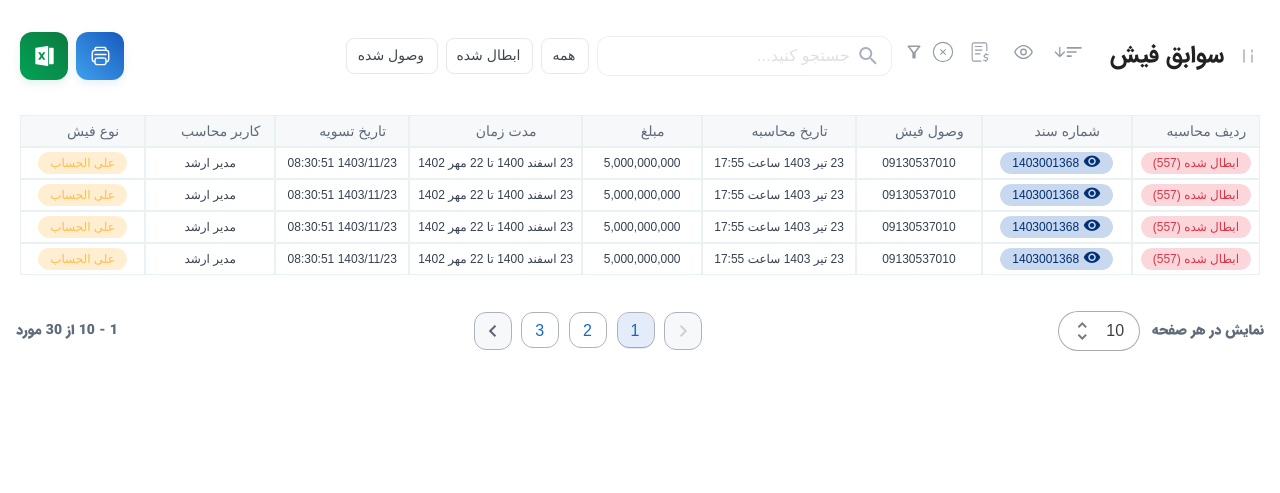
Repository: mobinazarein/data-table
Page: /
The author's editor kept a copy of each file at every save. The page is drawn from the files as they stood at one save, then again after the next save.
The browser window is 1280 px wide. The pictures show the whole page.
Some web fonts or font styles are not loaded; a fallback is used. The project was rebuilt for these pictures with package versions that can differ from the ones it lists, and the page was loaded fresh each time. Also part of the build but not shown: vue.config.js.

Above is the page before, as saved 2025-03-26 10:39:15.

After the next save:
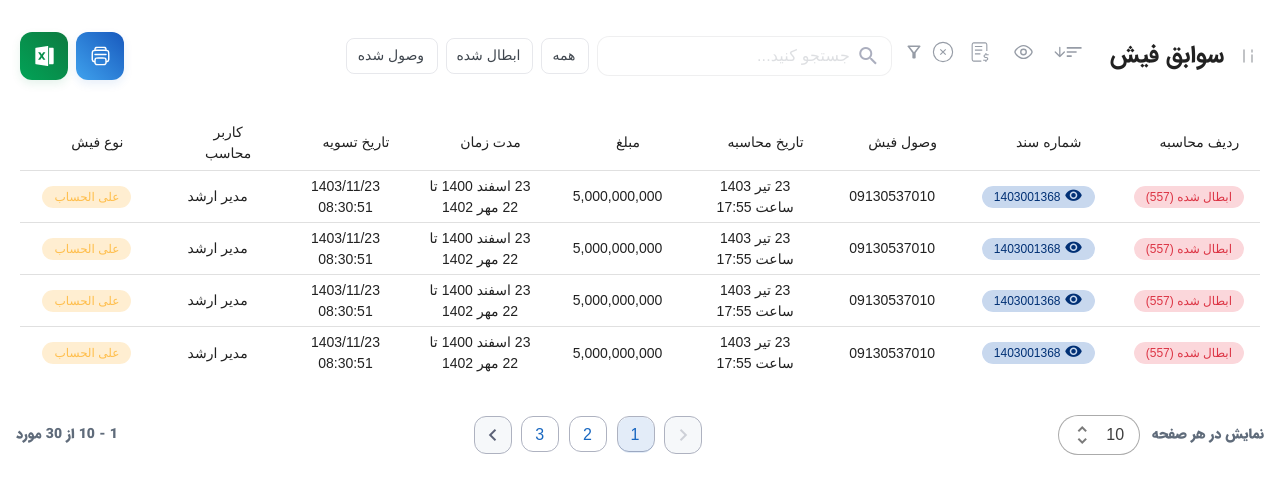
Saved 30 s later.
--- a/src/components/DataTable.vue
+++ b/src/components/DataTable.vue
@@ -223,50 +223,6 @@ const endIndex = computed(() => Math.min(page.value * itemsPerPage.value, totalI
   padding: 0px 12px !important;
 }
 
-/* .v-table__wrapper {
-  overflow: hidden;
-} */
-.v-data-table thead {
-  background-color: #F6F8FA !important;
-  width: 138.41665649414062px;
-  height: 32px !important;
-}
-
-.v-data-table thead th {
-  height: 32px !important;
-  color: #5F6B7A !important;
-  font-weight: 700 !important;
-  border: 1px solid #EAF1F2 !important;
-  padding: 0 8px !important;
-}
-
-.v-data-table tbody tr td {
-  height: 32px !important;
-  color: #364153 !important;
-  font-weight: 500 !important;
-  border: 1px solid #EAF1F2 !important;
-  white-space: nowrap !important;
-  overflow: hidden !important;
-  text-overflow: ellipsis !important;
-  height: 32px !important;
-  padding: 0 8px !important;
-  font-size: 12px !important;
-  padding: 0 8px !important;
-  font-weight: 400 !important;
-}
-
-.v-data-table tbody tr {
-  height: 32px !important;
-}
-
-td.v-data-table__td.v-data-table-column--align-center {
-  font-size: 12px !important;
-  height: 32px !important
-}
-
-th {
-  white-space: nowrap;
-}
 
 .footer-text {
   color: #5F6B7A;

After the save that followed:
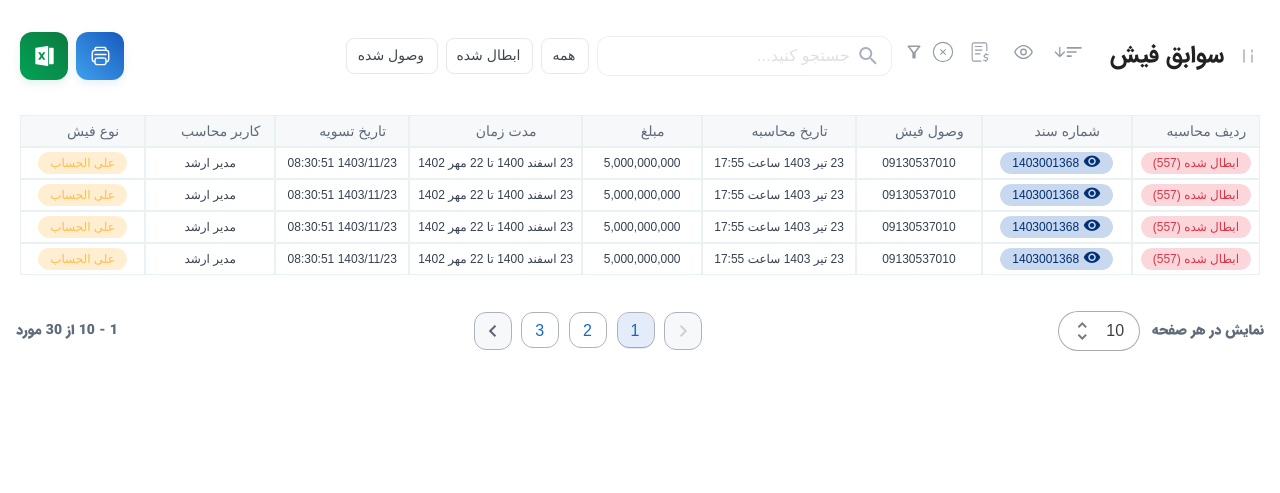
Saved 2 s later.
--- a/src/assets/base.scss
+++ b/src/assets/base.scss
@@ -36,3 +36,47 @@ label.v-label.v-field-label {
 .v-field.v-field--center-affix.v-field--prepended.v-field--variant-outlined.v-theme--light.v-locale--is-rtl {
   color: #77787f4d;
 }
+/* .v-table__wrapper {
+  overflow: hidden;
+} */
+.v-data-table thead {
+  background-color: #f6f8fa !important;
+  width: 138.41665649414062px;
+  height: 32px !important;
+}
+
+.v-data-table thead th {
+  height: 32px !important;
+  color: #5f6b7a !important;
+  font-weight: 700 !important;
+  border: 1px solid #eaf1f2 !important;
+  padding: 0 8px !important;
+}
+
+.v-data-table tbody tr td {
+  height: 32px !important;
+  color: #364153 !important;
+  font-weight: 500 !important;
+  border: 1px solid #eaf1f2 !important;
+  white-space: nowrap !important;
+  overflow: hidden !important;
+  text-overflow: ellipsis !important;
+  height: 32px !important;
+  padding: 0 8px !important;
+  font-size: 12px !important;
+  padding: 0 8px !important;
+  font-weight: 400 !important;
+}
+
+.v-data-table tbody tr {
+  height: 32px !important;
+}
+
+td.v-data-table__td.v-data-table-column--align-center {
+  font-size: 12px !important;
+  height: 32px !important;
+}
+
+th {
+  white-space: nowrap;
+}
